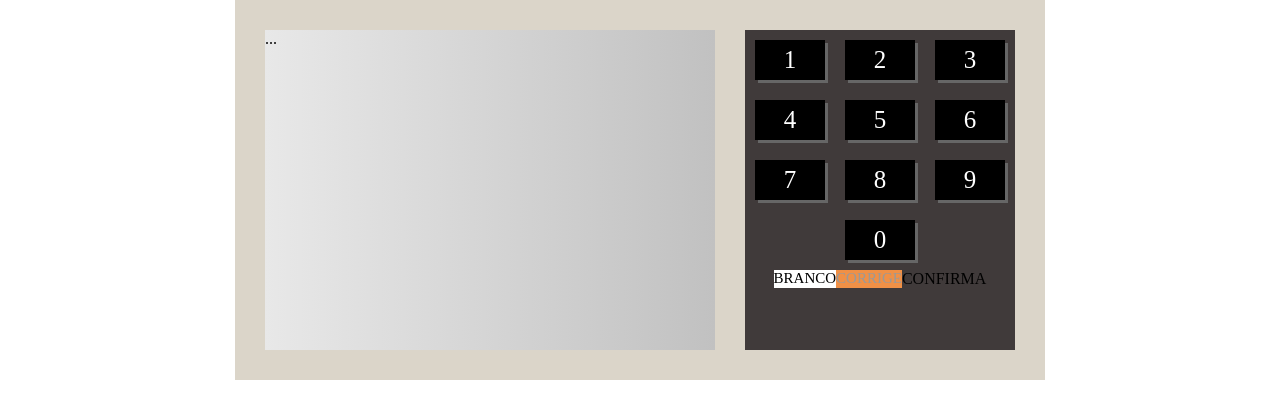
Repository: ThiagoIturra/urnaJs
Page: index.html
An editor plug-in stored every save of this project. The page is shown before and after the next save, followed by the edit.
The browser window is 1280 px wide. The pictures show the whole page.

Above is the page before, as saved 2022-01-05 16:07:44.

### index.html
<!DOCTYPE html>
<html lang="pt-BR">
<header>
    <meta charset="UTF-8" />
    <meta name="viewport" content="width=device-width, initial-scale=1.0">
    <link rel="stylesheet" href="style.css">
    <title>Urna Eletrônica</title>
</header>
<body>
    <div class="urna">
        <div class="screen">
...
        </div>
        <div class="keyboard">
            <div class="keyboard--line">
                <div class="keyboard--button">1</div>
                <div class="keyboard--button">2</div>
                <div class="keyboard--button">3</div>
            </div>
            <div class="keyboard--line">
                <div class="keyboard--button">4</div>
                <div class="keyboard--button">5</div>
                <div class="keyboard--button">6</div>
            </div>
            <div class="keyboard--line">
                <div class="keyboard--button">7</div>
                <div class="keyboard--button">8</div>
                <div class="keyboard--button">9</div>
            </div>
            <div class="keyboard--line">
                <div class="keyboard--button">0</div>
            </div>
            <div class="keyboard--line">
                <div class="keyboard--button--branco">BRANCO</div>
                <div class="keyboard--button--corrige">CORRIGE</div>
                <div class="keyboard--button--confirma">CONFIRMA</div>
            </div>
        </div>
    </div>
</body>
</html>

### style.css
body {
    margin: 0;
    display: flex;
    justify-content: center;
    align-items: center;
}

.urna {
    background-color: #dbd5c9;
    padding: 30px;
    display: flex;
}

.screen {
    width: 450px;
    height: 320px;
    background: linear-gradient(to right, #e8e8e8, #c1c1c1);
}

.keyboard {
    background-color: #403A3A;
    margin-left: 30px;
}

.keyboard--line {
    display: flex;
    justify-content: center;
}

.keyboard--button {
    width: 70px;
    height: 40px;
    background-color: #000;
    color: #fff;
    font-size: 25px;
    display: flex;
    justify-content: center;
    align-items: center;
    margin: 10px;
    cursor: pointer;
    box-shadow: 3px 3px 0px #666;
}

.keyboard--button--branco {
    background-color: #fff;
    color: #000;
    font-size: 15px;
}

.keyboard--button--corrige {
    background-color: #f09046;
    color: #999;
    font-size: 15px;
}

After the next save:
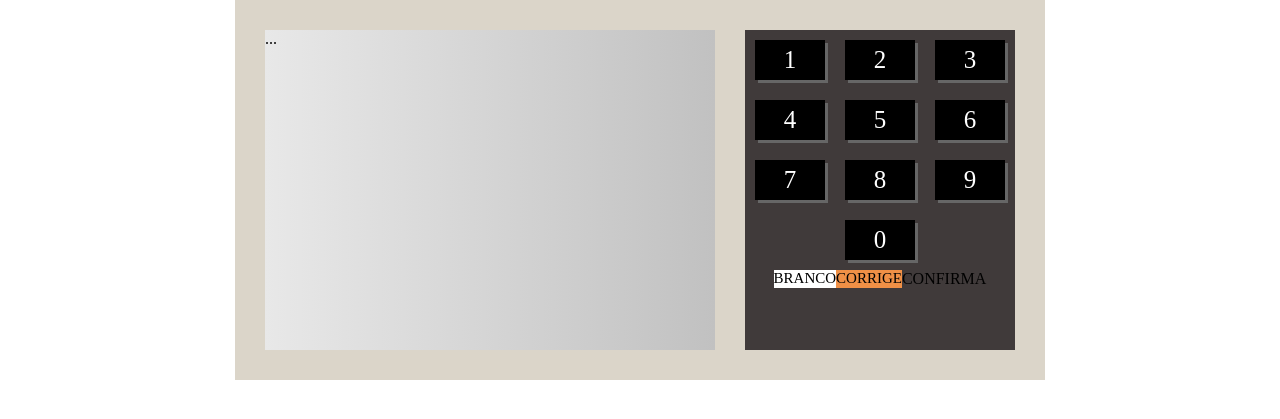
Saved 10 s later.
--- a/style.css
+++ b/style.css
@@ -49,6 +49,6 @@ body {
 
 .keyboard--button--corrige {
     background-color: #f09046;
-    color: #999;
+    color: #000;
     font-size: 15px;
 }
